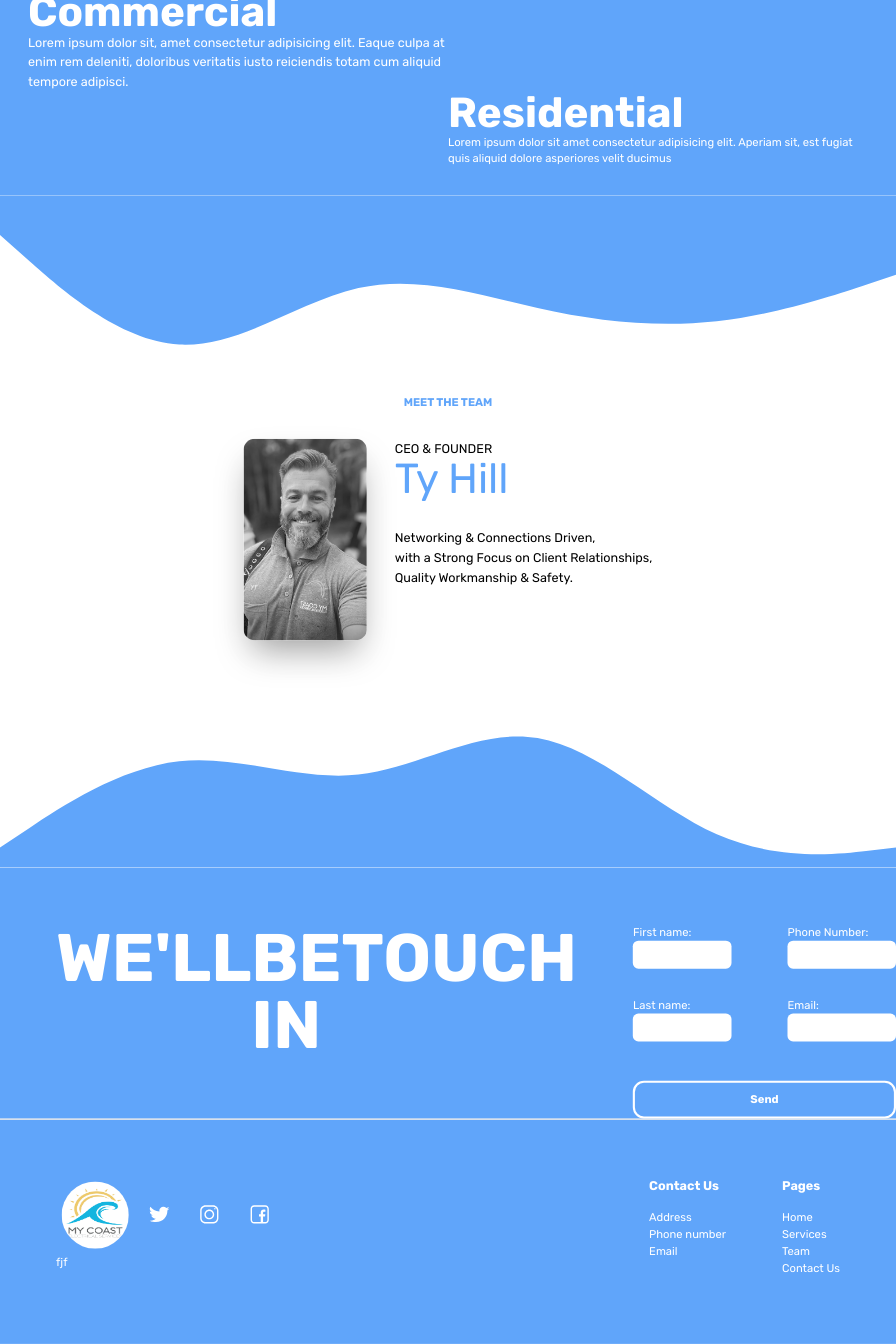
Repository: Jace-Kington/mce-website
Page: /
These files come from the project's save history. The page is drawn as it stood at one moment and after a run of saves; the edit follows.
The browser window is 1280 px wide. The pictures show the part of the page from y = 1287 to 3207 px (the page is 3207 px tall), at 70% of full size.
The project was rebuilt for these pictures with package versions that can differ from the ones it lists, and the page was loaded fresh each time. The framework's server and built-in components were replaced by stand-ins that run in the browser. Also part of the build but not shown: next.config.js.

Above is the page before, as saved 2022-11-12 14:27:28.

After the next 2 saves:
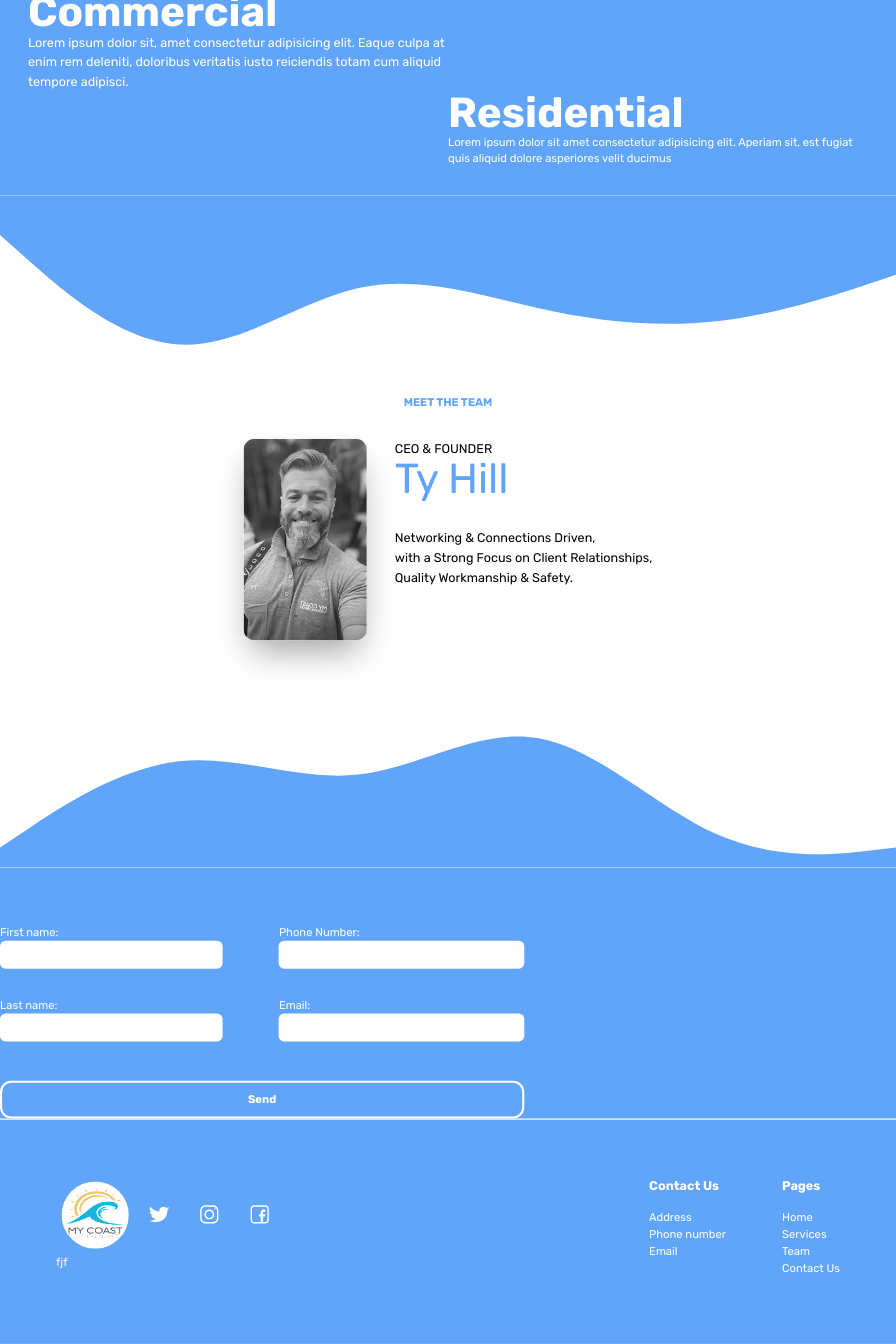
The 2 saves are shown as one change because they came seconds apart.
The last was saved 20 s later.
--- a/components/ContactUs.jsx
+++ b/components/ContactUs.jsx
@@ -25,7 +25,7 @@ const ContactUs = () => {
   return (
     <div id = "contact-us" className = 'bg-blue-400'>
         <div className = 'sm:flex'>
-          <div className = 'text-white uppercase text-left font-semibold p-20 text-8xl md:flex hidden'>
+          <div className = 'text-white uppercase font-semibold p-20 text-8xl sm:hidden'>
               <div>We&apos;ll</div>
               <div>Be In</div>
               <div>Touch</div>
